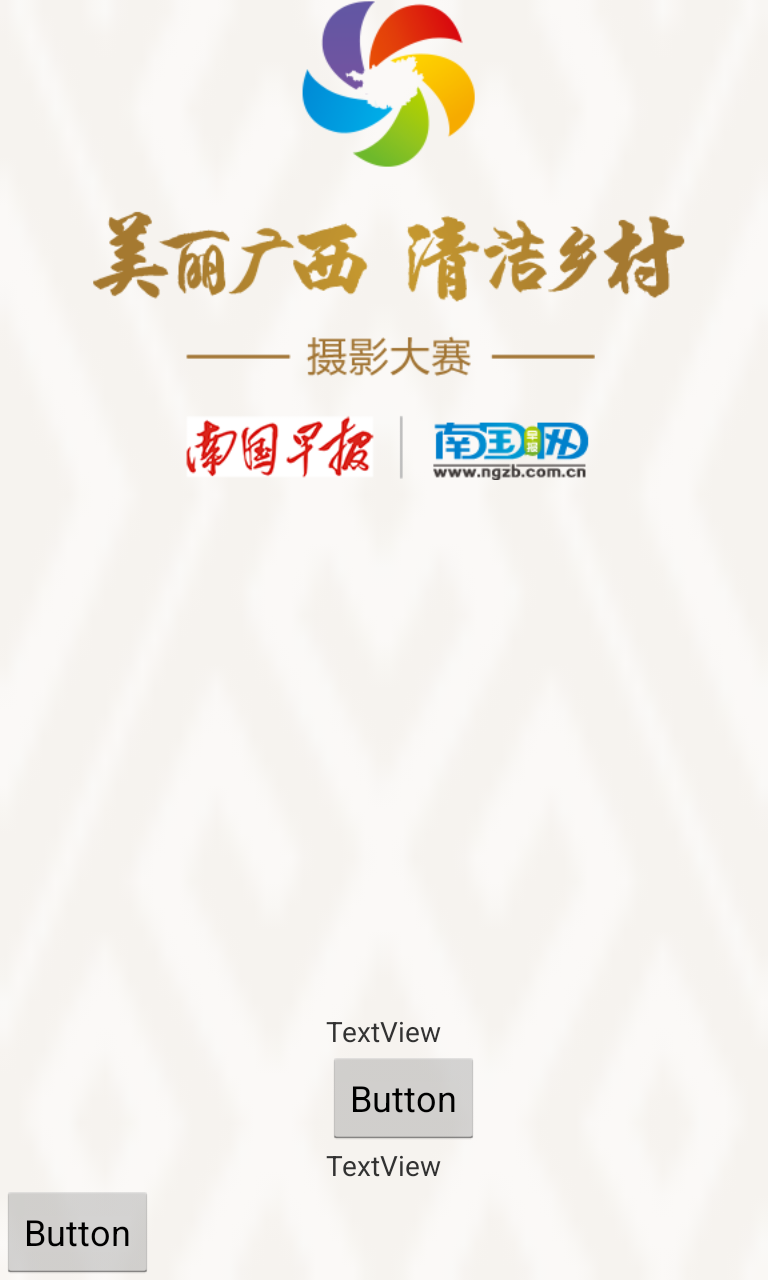
Repository: AM9APPS/Beautiful-GX
Layout: Workspace/BeautifulGX/res/layout/activity_main.xml
These files come from the project's save history. The layout is drawn as it stood at one moment and after the next save; the edit follows.
It is drawn on a 768 x 1280 px phone screen (xhdpi) without system bars, with theme AppTheme; the app's code is not run.

Above is the layout before, as saved 2013-07-16 04:24:02.

After the next save:
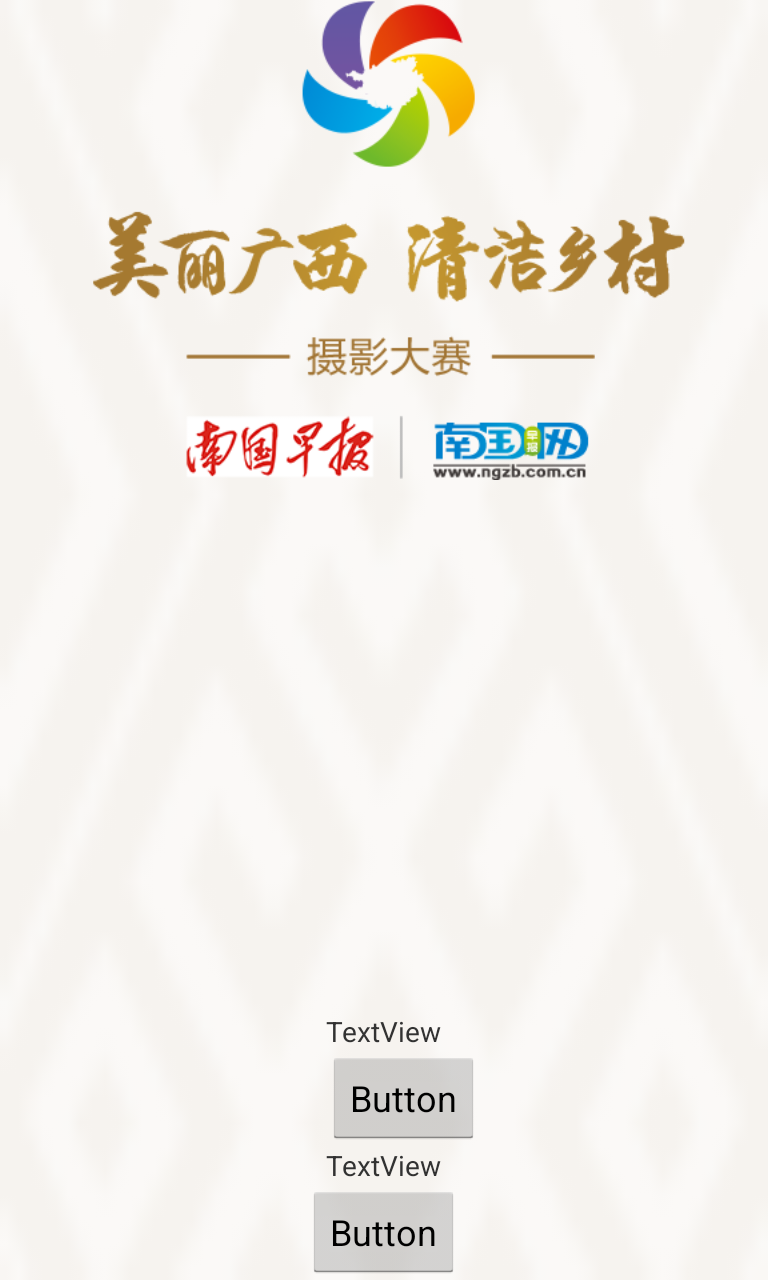
Saved 19 s later.
--- a/Workspace/BeautifulGX/res/layout/activity_main.xml
+++ b/Workspace/BeautifulGX/res/layout/activity_main.xml
@@ -14,7 +14,7 @@
         android:id="@+id/button2"
         android:layout_width="wrap_content"
         android:layout_height="wrap_content"
-        android:layout_centerVertical="true"
+        android:layout_centerHorizontal="true"
         android:layout_alignParentBottom="true"
         android:text="Button" />
 
